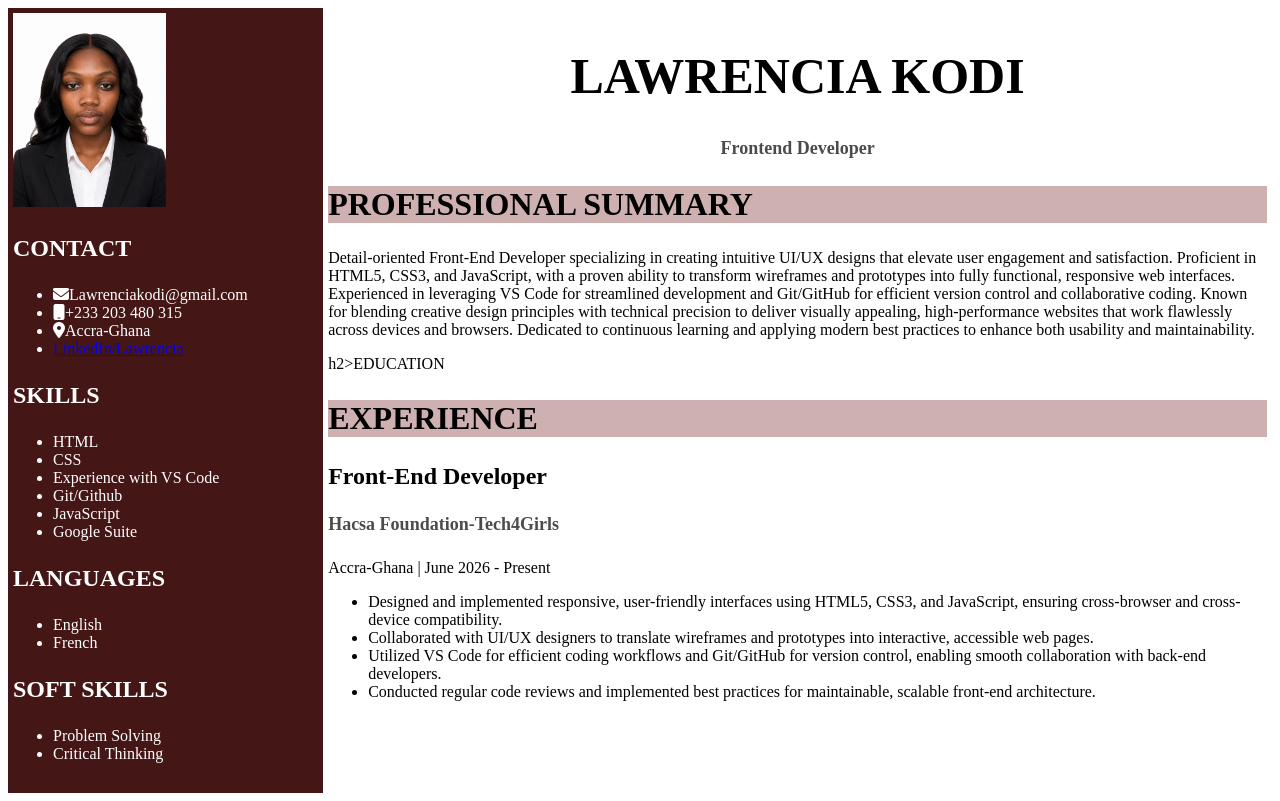
Repository: lawrencia-coder/T4G_CV
Page: index.html
The author's editor kept a copy of each file at every save. The page is drawn from the files as they stood at one save, then again after a run of saves.
The browser window is 1280 px wide. The pictures show the whole page.
Some icons come from a web library that is not loaded, so they are not drawn. Some web libraries are served in a nearby version.

Above is the page before, as saved 2026-07-15 08:03:26.

### index.html
<!DOCTYPE html>
<html lang="en">
<head>
    <meta charset="UTF-8">
    <meta name="viewport" content="width=device-width, initial-scale=1.0">
    <script src="https://kit.fontawesome.com/c72fc9c022.js" crossorigin="anonymous"></script>
    <title>T4G_CV</title>
    <link rel="stylesheet" href="style.css">
</head>
<body>
    <div class="cv-container">
        <div class="left-column">
            <img src="images/passport pic 1.png" alt="" width="50%" height="25%">
            <h3>CONTACT</h3>
             <p>
              <ul>
                <li><i class="fa-solid fa-envelope" style="color: rgb(255, 255, 255);"></i>Lawrenciakodi@gmail.com</li>
                <li><i class="fa-solid fa-mobile" style="color: rgb(255, 255, 255);"></i>+233 203 480 315</li>
                <li><i class="fa-solid fa-location-dot" style="color: rgb(255, 255, 255);"></i>Accra-Ghana</li>
                <li><i class="fa-brands fa-square-linkedin" style="color: rgb(255, 255, 255);"></i><a href="www.linkedin.com/in/lawrencia-kodi-192a71305" target="_blank" rel="noopener noreferrer">LinkedIn/Lawrencia</a></li>
              </ul>
             </p>

            <h3>SKILLS</h3>
             <p>
                <ul>
                    <li>HTML</li>
                    <li>CSS</li>
                    <li>Experience with VS Code</li>
                    <li>Git/Github</li>
                    <li>JavaScript</li>
                    <li>Google Suite</li>
                </ul>
             </p>

             <h3>LANGUAGES</h3>
             <p>
                <ul>
                    <li>English</li>
                    <li>French</li>
                </ul>
             </p>

             <h3>SOFT SKILLS</h3>
             <p>
                <ul>
                    <li>Problem Solving</li>
                    <li>Critical Thinking</li>

                </ul>
             </p>
        </div>
         <div class="right-column">
             <h1>LAWRENCIA KODI  </h1>
             <h4 style="text-align: center;">Frontend Developer</h4>
             <h2>PROFESSIONAL SUMMARY</h2>
              <p>Detail-oriented Front-End Developer specializing in creating intuitive UI/UX designs that elevate user engagement and satisfaction.
                 Proficient in HTML5, CSS3, and JavaScript, with a proven ability to transform wireframes and prototypes into fully functional, responsive web interfaces.
                 Experienced in leveraging VS Code for streamlined development and Git/GitHub for efficient version control and collaborative coding.
                 Known for blending creative design principles with technical precision to deliver visually appealing, high-performance websites that work flawlessly across devices and browsers.
                 Dedicated to continuous learning and applying modern best practices to enhance both usability and maintainability.
                </p>

                h2>EDUCATION</h2>

                <h2>EXPERIENCE</h2>
                <p>
                    <h3>Front-End Developer</h3>
                    <h4>Hacsa Foundation-Tech4Girls </h4>
                    <p2>Accra-Ghana   |   June 2026 - Present</p2>
                </p>
                 <p>
                    <ul>
                        <li>Designed and implemented responsive, user-friendly interfaces using HTML5, CSS3, and JavaScript, ensuring cross-browser and cross-device compatibility.</li>
                        <li>Collaborated with UI/UX designers to translate wireframes and prototypes into interactive, accessible web pages.</li>
                        <li>Utilized VS Code for efficient coding workflows and Git/GitHub for version control, enabling smooth collaboration with back-end developers.</li>
                        <li>Conducted regular code reviews and implemented best practices for maintainable, scalable front-end architecture.</li>
                    </ul>
                 </p>
         </div>
    </div>

</body>
</html>

### style.css
/* styling headings */
h1{
    text-align: center;
    font-size: 50px;
    margin-bottom: none;
}

h4{
    opacity: calc(70%);
    font-size: large;
}

h2{
    background-color: rgb(206, 176, 176);
    font-size: xx-large;
}

h3{
    font-size: x-large;
}

h5{
font-size: large;
opacity: 80%;
display: flex;
flex-direction: row;
}

h6{
align-self: flex-end;
}


/* styling cv-container */
.cv-container{
    display: flex;
    width: 100%;
    min-height: 100vh;
}

.left-column{
width: 26%;
background-color: rgb(69, 22, 22);
color: white;
padding: 5px;
}

.right-column{
    width: 80%;
    background-color: white;
    color: black;
    padding: 5px;
}

After the next 3 saves:
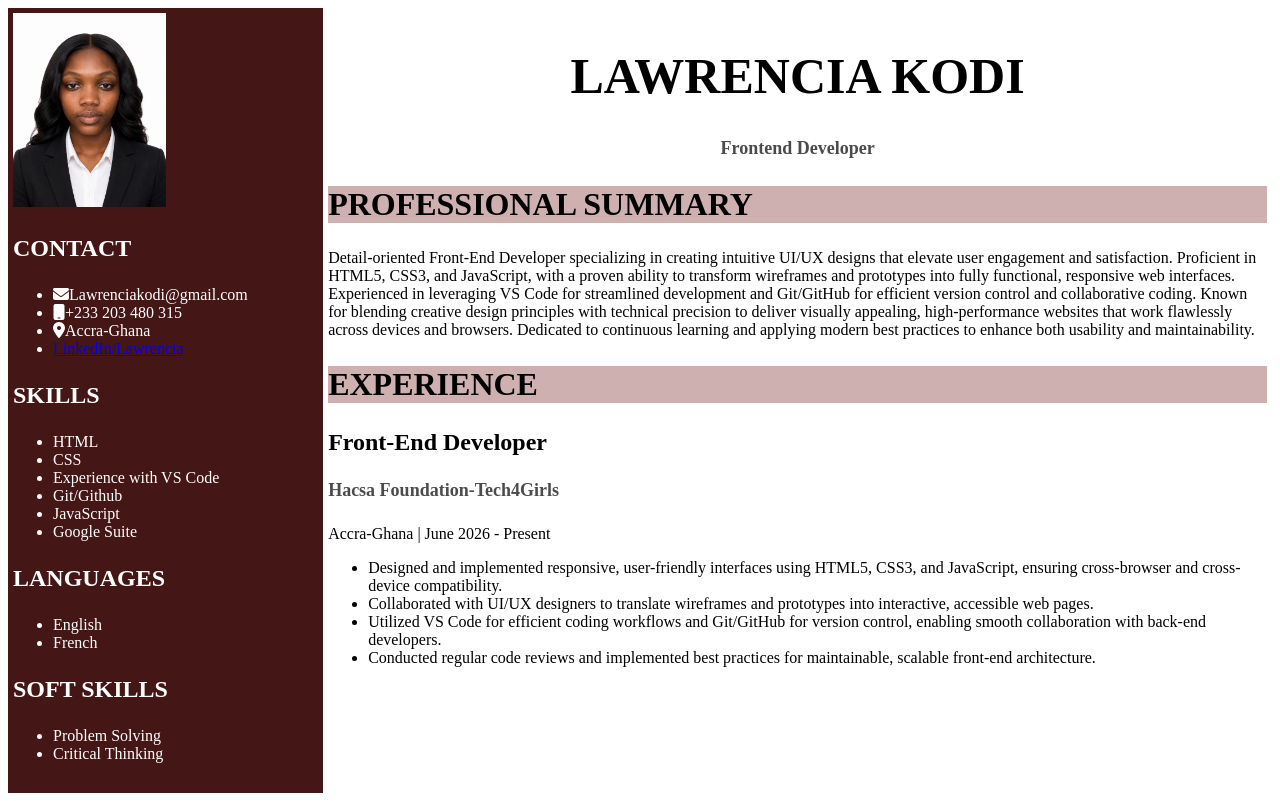
The 3 saves are shown as one change because they came seconds apart.
The last was saved 8 s later.
--- a/index.html
+++ b/index.html
@@ -61,7 +61,6 @@
                  Dedicated to continuous learning and applying modern best practices to enhance both usability and maintainability.
                 </p>
 
-                h2>EDUCATION</h2>
 
                 <h2>EXPERIENCE</h2>
                 <p>
